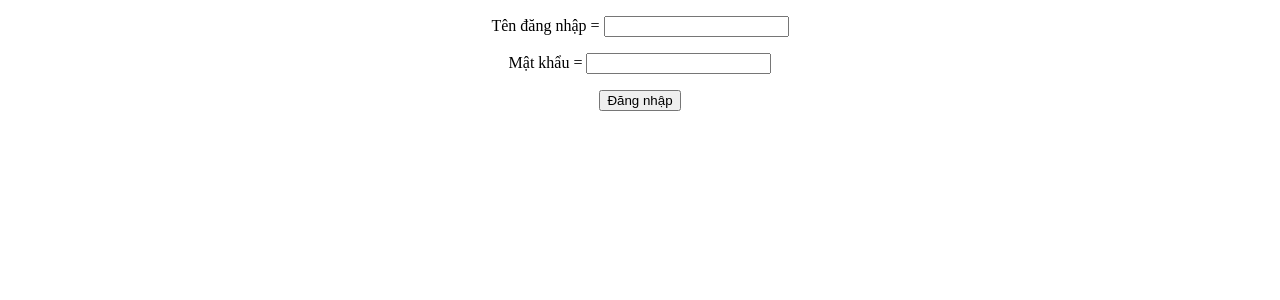
Repository: giakhiem2911/64131000_Web2
Page: Login/src/main/webapp/Login.html
An editor plug-in stored every save of this project. The page is shown before and after the next save, followed by the edit.
The browser window is 1280 px wide. The pictures show the whole page.

Above is the page before, as saved 2025-02-21 04:21:46.

After the next save:
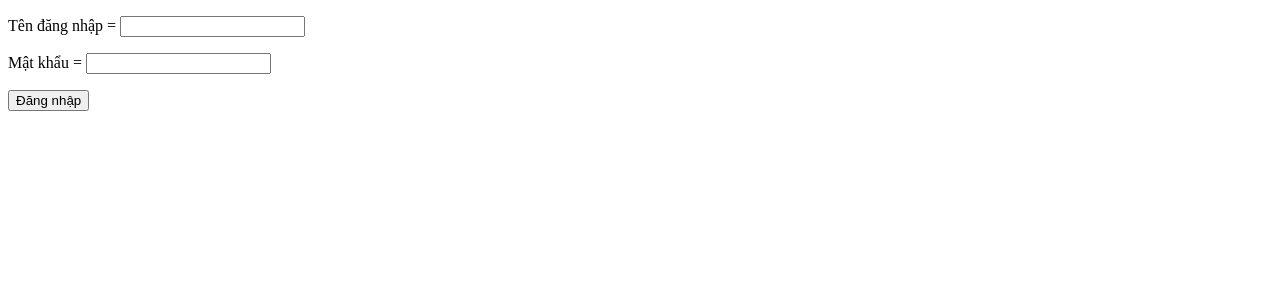
Saved 33 s later.
--- a/Login/src/main/webapp/Login.html
+++ b/Login/src/main/webapp/Login.html
@@ -6,7 +6,7 @@
 </head>
 <body>
 		<form action="Login.jsp" method="post">
-		<div style="text-align: center">
+		<div>
 			<p>Tên đăng nhập = <input type="text" name="ten"></p>
 			<p>Mật khẩu = <input type="password" name="mk"></p>
 			<input type="submit" value="Đăng nhập">
